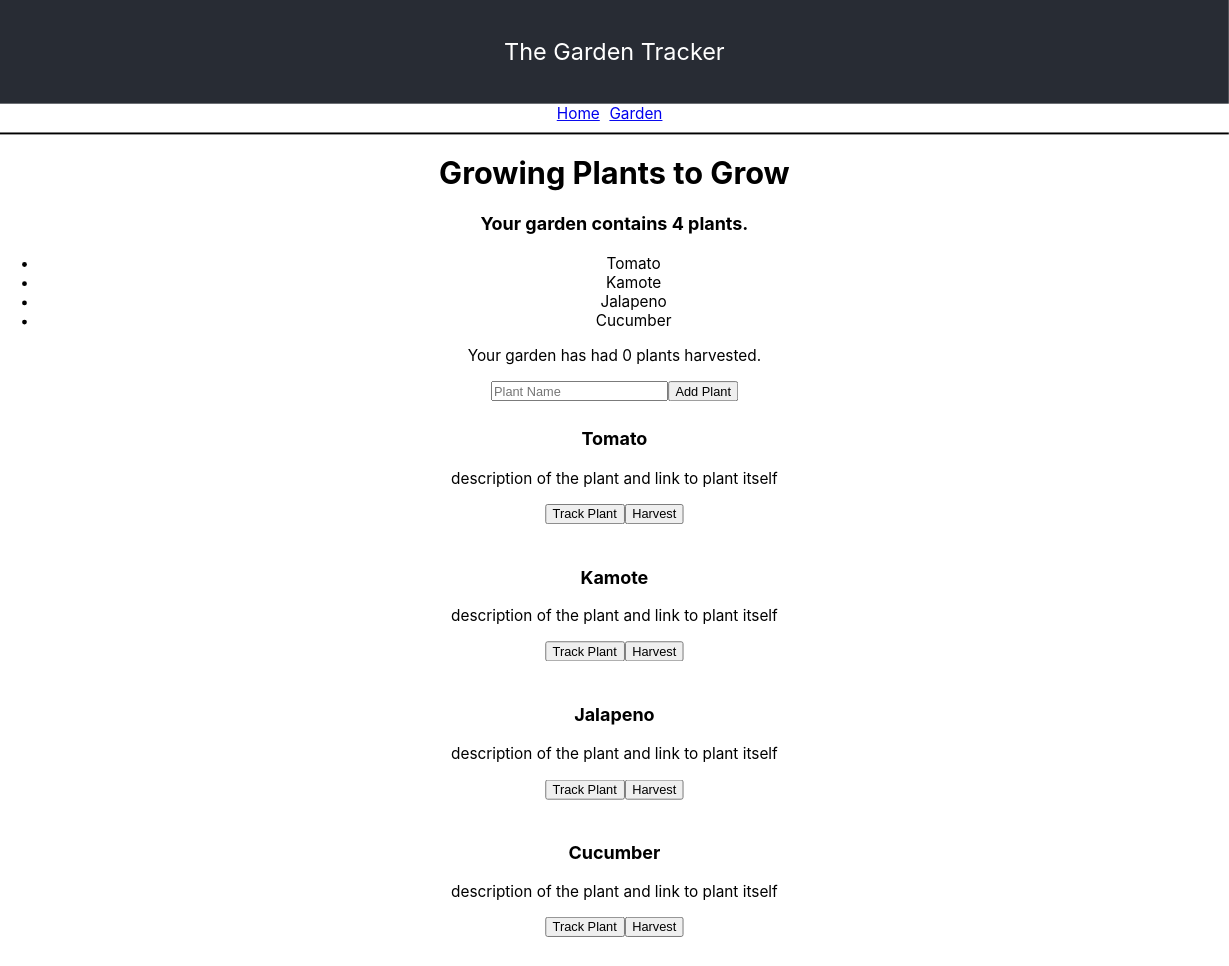
Repository: charliejp0311/gardentracker
Page: /garden
These files come from the project's save history. The page is drawn as it stood at one moment and after the next save; the edit follows.
The browser window is 1280 px wide. The pictures show the whole page, at 96% of full size.
The project was rebuilt for these pictures with package versions that can differ from the ones it lists, and the page was loaded fresh each time. Also part of the build but not shown: src/components/Harvest.js.

Above is the page before, as saved 2020-10-30 09:38:32.

### public/index.html
<!DOCTYPE html>
<html lang="en">
  <head>
    <meta charset="utf-8" />
    <link rel="icon" href="%PUBLIC_URL%/sun-svgrepo-com.svg" />
    <meta name="viewport" content="width=device-width, initial-scale=1" />
    <meta name="theme-color" content="#000000" />
    <meta
      name="description"
      content="Web site created using create-react-app"
    />
    <link rel="apple-touch-icon" href="%PUBLIC_URL%/logo192.png" />
    <!--
      manifest.json provides metadata used when your web app is installed on a
      user's mobile device or desktop. See https://developers.google.com/web/fundamentals/web-app-manifest/
    -->
    <link rel="manifest" href="%PUBLIC_URL%/manifest.json" />
    <!--
      Notice the use of %PUBLIC_URL% in the tags above.
      It will be replaced with the URL of the `public` folder during the build.
      Only files inside the `public` folder can be referenced from the HTML.

      Unlike "/favicon.ico" or "favicon.ico", "%PUBLIC_URL%/favicon.ico" will
      work correctly both with client-side routing and a non-root public URL.
      Learn how to configure a non-root public URL by running `npm run build`.
    -->
    <title>Track Your Garden</title>
  </head>
  <body>
    <noscript>You need to enable JavaScript to run this app.</noscript>
    <div id="root"></div>
    <!--
      This HTML file is a template.
      If you open it directly in the browser, you will see an empty page.

      You can add webfonts, meta tags, or analytics to this file.
      The build step will place the bundled scripts into the <body> tag.

      To begin the development, run `npm start` or `yarn start`.
      To create a production bundle, use `npm run build` or `yarn build`.
    -->
  </body>
</html>

### src/index.js
import React from 'react';
import ReactDOM from 'react-dom';
import './index.css';
import App from './App';
// import reportWebVitals from './reportWebVitals';
import reducer from './reducers/index'
import { Provider } from  'react-redux';
import { applyMiddleware, createStore } from 'redux';
// import thunk from 'redux-thunk';

let store = createStore(reducer, window.__REDUX_DEVTOOLS_EXTENSION__ && window.__REDUX_DEVTOOLS_EXTENSION__())

ReactDOM.render(
  <Provider store={store}>
    <App />
  </Provider>,
  document.getElementById('root')
);

// If you want to start measuring performance in your app, pass a function
// to log results (for example: reportWebVitals(console.log))
// or send to an analytics endpoint. Learn more: https://bit.ly/CRA-vitals
// reportWebVitals();

### src/App.js
import './App.css';
import CreateGarden from './components/GardenHome'
import {BrowserRouter as Router, Route} from 'react-router-dom';
import NavBar from './components/Navbar';
import Garden from './components/Garden'

function App() {
  return (
    <div className="App">
      <header className="App-header">
        The Garden Tracker
      </header>
      <Router >
        {/* replace with a fetch garden or send fetch garden to create garden add router? */}
        <div>
        <NavBar />
        <Route path='/' render={routerProps=><CreateGarden {...routerProps} /> }/> {/* Home page what do welcome page shows gardens last event logged to the notes shows plant count shows harvest count */}
        <Route path='/garden' render={ routerProps=> <Garden {...routerProps} />}/> {/* Garden page this will show a list of the current plants and allow you to add more plants */}
        {/*<Route />*/} {/* Harvest page shows a list of harvested plants this is not editable stands as a living record of your garden*/}
        {/*<Route />*/} {/* Plant page shows the plant and a form to add notes to the plant has pre-determined buttons that  add a templated event to the plant tracker notes*/}
        </div>
      </Router>
    </div>
  );
}

export default App;

### src/reducers/index.js
import { combineReducers } from 'redux';
import garden from './GardenReducer'

export default combineReducers({
    garden
})

### src/App.css
.App {
  text-align: center;
}

.App-logo {
  height: 40vmin;
  pointer-events: none;
}

@media (prefers-reduced-motion: no-preference) {
  .App-logo {
    animation: App-logo-spin infinite 20s linear;
  }
}

.App-header {
  background-color: #282c34;
  min-height: 15vh;
  display: flex;
  flex-direction: column;
  align-items: center;
  justify-content: center;
  font-size: calc(10px + 2vmin);
  color: white;
}

.App-link {
  color: #61dafb;
}

.garden {
  display: grid;
  grid-template-columns: 1fr;
  grid-template-rows: auto;
  grid-gap: 25px;
  padding-top: 10px;
  padding-bottom: 30px;
}

/* .plant {
  height: auto;
  width: auto;
  box-shadow: 10px 10px grey;
  padding: 10px;
  border-radius: 10px;
} */

@keyframes App-logo-spin {
  from {
    transform: rotate(0deg);
  }
  to {
    transform: rotate(360deg);
  }
}

### src/components/GardenHome.js
import React, {Component} from 'react';
import { connect } from "react-redux";

class CreateGarden extends Component{

    render(){
        const {plants,harvest} = this.props.garden
        return(
            <div className='garden-info'>
                <h1>Growing Plants to Grow</h1>
                <h3>Your garden contains {plants.length} plants.</h3>
                <ul>
                {plants.map(plant=>{return <li>{plant.name}</li>})}
                </ul>
                <p>Your garden has had {harvest.length} plants harvested.</p>
                <ul>
                {harvest.map(plant=>{return <li>{plant.name}</li>})}
                </ul>
            </div>
        )
    };
};

const mapStateToProps = state => {
    return{
        garden: state.garden
    }
}

export default connect(mapStateToProps)(CreateGarden);

### src/components/Navbar.js
import React from 'react';
import { NavLink } from 'react-router-dom';

const NavBar = () => {
  return (
    <div style={{ borderBottom: '2px solid black', paddingBottom: '10px', marginBottom: '12px' }}>
      <NavLink
        style={{ marginRight: '10px' }}
        to="/"
      >
        Home
      </NavLink>
      <NavLink
        style={{ marginRight: '10px' }}
        to="/garden"
      >
        Garden
      </NavLink>
    </div>
  );
}

export default NavBar;

### src/components/Garden.js
import React, {Component} from 'react';
import CreatePlant from './CreatePlant';
import PlantList from './plantList';
import Harvest from "./Harvest";
import {connect} from 'react-redux';


class Garden extends Component{

    render(){
        // console.log(this.props)
        return(
            <div className='garden-container' >
                <CreatePlant />
                <PlantList plants={this.props.garden.plants} />
                {/* <Harvest harvest={this.state.harvest} /> */}
            </div>
        )
    }
}
const mapStateToProps=state=>{
    // console.log(state)
    return{
        garden: state.garden
    }
}


export default connect(mapStateToProps)(Garden);

### src/reducers/GardenReducer.js
export default function garden (state = {
    plants: [{name: 'Tomato'},{name: 'Kamote'},{name: 'Jalapeno'},{name: 'Cucumber'}],
    harvest: [],
    notes: []
},action){
    // console.log(action)
    switch (action.type) {
        case 'ADD_PLANT':
            return {
                ...state,
                plants: state.plants.concat({name: action.plant.name})
            };

        case 'HARVEST_PLANT':
            let p = state.plants.filter(plant=>plant.name===action.plant.name) ;
            let inTheGarden = state.plants.filter(plant=>plant.name!==action.plant.name);
            return{
                ...state,
                plants: inTheGarden,
                harvest: state.harvest.concat(p)
            };

        default:
            return state;
    }
};

### src/components/CreatePlant.js
import { Component } from "react";
import { connect } from "react-redux";

class CreatePlant extends Component {
    state = {
        name: '',
    }

    handleChange=e=>{
        this.setState({
            name: e.target.value
        })
    }

    handleSubmit=e=>{
        e.preventDefault();
        let act = this.addPlant(this.state);
        this.props.dispatch(act);
        this.setState({
            name: ''
        })

    }

    addPlant=(plant)=>{
        return({
        type: "ADD_PLANT",
        plant
        })
    };


    render(){
        return(
            <form onSubmit={this.handleSubmit}>
                <input type='text' name='name' placeholder="Plant Name" onChange={this.handleChange} value={this.state.name}/>
                <input type='submit' value='Add Plant'/>
            </form>
        )
    }
}

const mapStateToProps = state => {
    return {
        plants: state.plants,
        harvest: state.harvest
    }
}

// const mapDispatchToProps= dispatch => {
//     return{
//         // addPlant: ()=>dispatch(addPlant()),
//         // harvestPlant: ()=>dispatch(harvestPlant())
//     }
// }


export default connect(mapStateToProps)(CreatePlant);

### src/components/plantList.js
// display plants with button that takes you to the individual plant
// a button to remove the plant from the garden and add to plant archive
import { Component } from "react";
import Plant from './Plant'

class PlantList extends Component{


    render(){
        console.log(this.props)
        const {plants} = this.props
        let showPlants = plants.map(plant=>{
            return(
                <Plant plant={plant} />
            )
        });
        return(
            <div className='garden'>
                {showPlants}
            </div>
        )
    }
}

export default PlantList;

### src/components/Plant.js
import { Component } from "react";
import { connect } from 'react-redux';

class Plant extends Component{

    harvestPlant=(plant)=>{
        return{
            type: 'HARVEST_PLANT',
            plant
        }
    }

    handleHarvest=e=>{
        let p2h = this.harvestPlant(this.props.plant)
        this.props.dispatch(p2h)
    };
    render(){
        // console.log(this.props)
        return(
            <div className='plant'>
                <h3>{this.props.plant.name}</h3>
                <p>description of the plant and link to plant itself</p>
                <button>Track Plant</button>
                <button onClick={this.handleHarvest}>Harvest</button>
            </div>
        )
    }
}

export default connect()(Plant);

Loaded but not shown: src/index.css (common file)

After the next save:
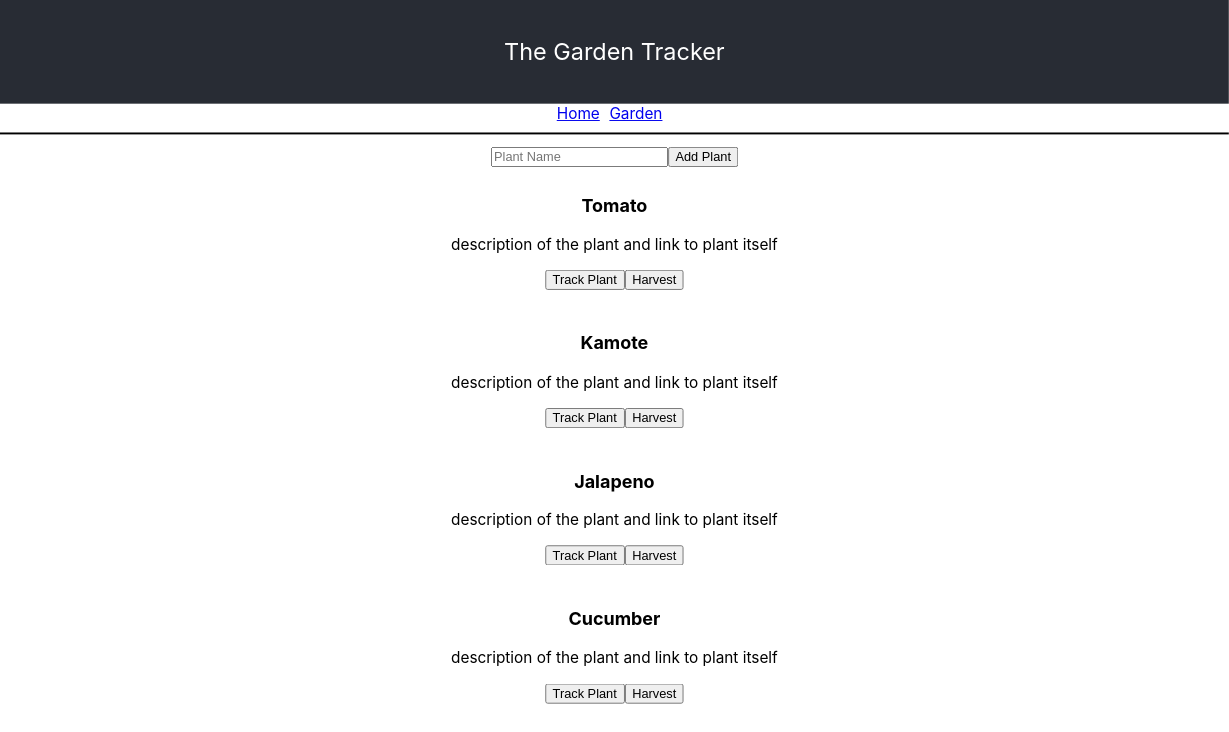
Saved 7 min 14 s later.
--- a/src/App.js
+++ b/src/App.js
@@ -14,8 +14,8 @@
         {/* replace with a fetch garden or send fetch garden to create garden add router? */}
         <div>
         <NavBar />
-        <Route path='/' render={routerProps=><CreateGarden {...routerProps} /> }/> {/* Home page what do welcome page shows gardens last event logged to the notes shows plant count shows harvest count */}
-        <Route path='/garden' render={ routerProps=> <Garden {...routerProps} />}/> {/* Garden page this will show a list of the current plants and allow you to add more plants */}
+        <Route exact path='/' render={routerProps=><CreateGarden {...routerProps} /> }/> {/* Home page what do welcome page shows gardens last event logged to the notes shows plant count shows harvest count */}
+        <Route exact path='/garden' render={ routerProps=> <Garden {...routerProps} />}/> {/* Garden page this will show a list of the current plants and allow you to add more plants */}
         {/*<Route />*/} {/* Harvest page shows a list of harvested plants this is not editable stands as a living record of your garden*/}
         {/*<Route />*/} {/* Plant page shows the plant and a form to add notes to the plant has pre-determined buttons that  add a templated event to the plant tracker notes*/}
         </div>

After the save that followed:
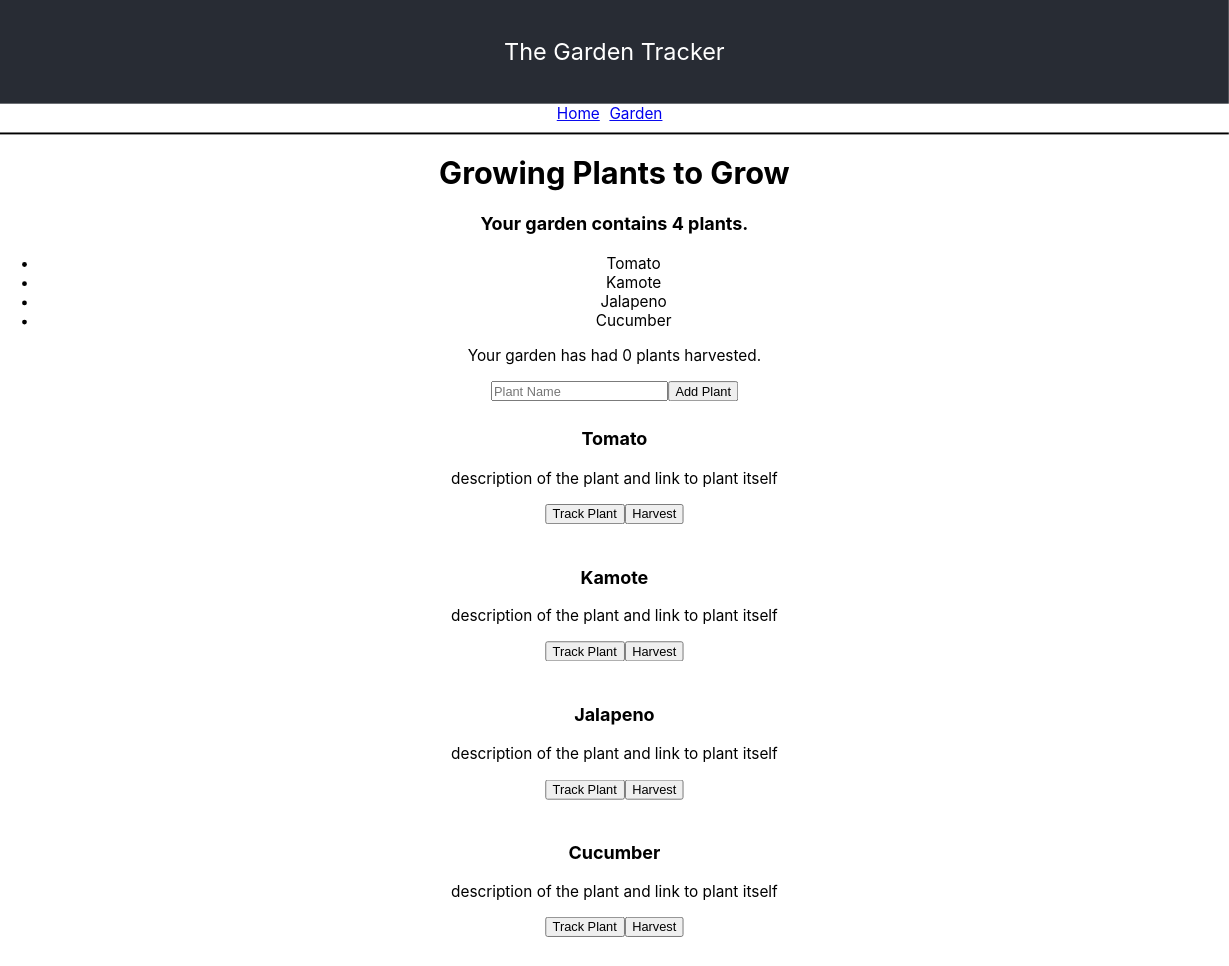
Saved 14 min 51 s later.
--- a/src/App.js
+++ b/src/App.js
@@ -14,8 +14,8 @@
         {/* replace with a fetch garden or send fetch garden to create garden add router? */}
         <div>
         <NavBar />
-        <Route exact path='/' render={routerProps=><CreateGarden {...routerProps} /> }/> {/* Home page what do welcome page shows gardens last event logged to the notes shows plant count shows harvest count */}
-        <Route exact path='/garden' render={ routerProps=> <Garden {...routerProps} />}/> {/* Garden page this will show a list of the current plants and allow you to add more plants */}
+        <Route path='/' render={routerProps=><CreateGarden {...routerProps} /> }/> {/* Home page what do welcome page shows gardens last event logged to the notes shows plant count shows harvest count */}
+        <Route path='/garden' render={ routerProps=> <Garden {...routerProps} />}/> {/* Garden page this will show a list of the current plants and allow you to add more plants */}
         {/*<Route />*/} {/* Harvest page shows a list of harvested plants this is not editable stands as a living record of your garden*/}
         {/*<Route />*/} {/* Plant page shows the plant and a form to add notes to the plant has pre-determined buttons that  add a templated event to the plant tracker notes*/}
         </div>
